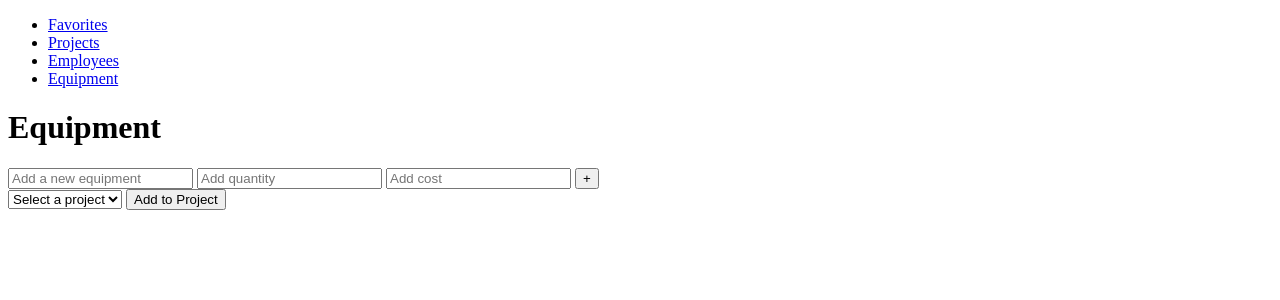
Repository: Kayla-amr/workApp
Page: client/equipment.html
These files come from the project's save history. The page is drawn as it stood at one moment and after the next save; the edit follows.
The browser window is 1280 px wide. The pictures show the whole page.
The page's requests for data from a server got no answer.

Above is the page before, as saved 2023-12-11 11:10:23.

### client/equipment.html
<!DOCTYPE html>
<html lang="en">
<head>
    <meta charset="UTF-8">
    <meta name="viewport" content="width=device-width, initial-scale=1.0">
    <title>Work Management App: Equipment</title>
</head>
<body>
    <div class="app">
        <div>
            <nav>
                <ul>
                    <li><a href="./favorites.html">Favorites</a></li>
                    <li><a href="./projects.html">Projects</a></li>
                    <li><a href="./employees.html">Employees</a></li>
                    <li><a href="./equipment.html">Equipment</a></li>
                </ul>
        </div>
        <h1>Equipment</h1>

        <div class="input">
            <input class="userEName" type="text" placeholder="Add a new equipment">
            <input class="userEQuantity" type="number" placeholder="Add quantity">
            <input class="userECost" type="number" placeholder="Add cost">
            <button class="addEInput">+</button>
        </div>

        <div class="addToProject">
            <select class="selectedProject">
                <option value="0" >Select a project</option>
            </select>
            <button class="addEProject">Add to Project</button>
        </div>

        <div class="equipment">

        </div>

</body>
<script src="./src/equipment.js"></script>
</html>

### client/src/equipment.js
let equipments = [];
let projects = [];

let equipmentList = document.querySelector('.equipment');
let projectOptions = document.querySelector('.projectOptions');

function getData() {
    let equipmentPromise = fetch('api/equipment');
    let projectPromise = fetch('api/projects');

    Promise.all([equipmentPromise, projectPromise])
        .then(responses => {
            return Promise.all(responses.map(response => {
                return response.json();
            }));
        }
        )
        .then(data => {
            equipments = data[0];
            projects = data[1];
            viewEquipment(equipments);
            projectOptionList(projects);
        })
        .catch(err => {
            console.log(err);
        });
}

getData();

function addEquipment(){
    let userEName = document.querySelector('.userEName');
    let userEQuantity = document.querySelector('.userEQuantity');
    let userECost = document.querySelector('.userECost');
    fetch('api/equipment', {
        method: 'POST',
        headers: {
            'Content-Type': 'application/json'
        },
        body: JSON.stringify({
            name:userEName.value,
            quantity:userEQuantity.value,
            cost:parseFloat(userECost.value)
        })
    })
    .then(response => response.json())
    .then(data => {
        equipments = data;
        viewEquipment(equipments);
    })
    .catch((error) => {
        console.error('Error:', error);
    }
    );

}

addEInput = document.querySelector('.addEInput');
addEInput.addEventListener('click', (event) => {
    addEquipment();
}
);

function calculateCost() {
    let userECost = document.querySelector('.userECost');
    let userEQuantity = document.querySelector('.userEQuantity');
    let totalCost = userECost.value * userEQuantity.value;
    return totalCost;
}


function projectOptionList(projects) {
    const dropdowns = document.querySelectorAll('.selectedProject');
    dropdowns.forEach(dropdown => {
        projects.forEach(project => {
            let option = createProjectOption(project, dropdown.value);
            dropdown.appendChild(option);
        });
    });
    }

    function addEquipmentsToProject() {
        const checkboxes = document.querySelectorAll('.equipment input[type="checkbox"]');

        checkboxes.forEach(checkbox => {
            checkbox.addEventListener('change', (e) => {
                const selectedProjectDropdown = document.querySelector('.selectedProject');
                const selectedProjectName = selectedProjectDropdown.value;
                const project = projects.find(p => p.name === selectedProjectName);

                if (!project) {
                    console.log("No project selected or project not found");
                    return;
                }

                if (e.target.checked) {
                    if (!project.equipment.includes(e.target.value)) {
                        project.equipment.push(e.target.value);
                    }
                } else {
                    project.equipment = project.equipment.filter(equipment => equipment !== e.target.value);
                }

                updateProject(project);
            });
        });
    }

function addEProjectBtn() {
    const addBtn = document.querySelector('.addEProject');
    addBtn.addEventListener('click', (e) => {
        const selectedProjectDropdown = document.querySelector('.selectedProject');
        const selectedProjectName = selectedProjectDropdown.value;
        const project = projects.find(p => p.name === selectedProjectName);

        if (!project) {
            console.log("No project selected or project not found");
            return;
        }

        const newEquipment = document.querySelector('.newEquipment');
        const newEquipmentName = newEquipment.value;

        if (!project.equipment.includes(newEquipmentName)) {
            project.equipment.push(newEquipmentName);
            console.log(project.equipment);
        }

        updateProject(project);
    });
}


function updateProject(project) {
    fetch(`api/projects/${project.id}`, {
        method: 'PUT',
        headers: {
            'Content-Type': 'application/json'
        },
        body: JSON.stringify(project)
    })
        .then(response => response.json())
        .then(data => {
            console.log(data);
        })
        .catch(err => {
            console.log(err);

        });
}

function createProjectOption(equipment, selectedProject) {
    let option = document.createElement('option');
    option.value = equipment.name;
    option.innerText = equipment.name;
    if (equipment.name === selectedProject) {
        option.selected = true;
    }
    return option;
}

function viewEquipment(equipments) {
    equipmentList.innerHTML = '';

    equipments.forEach(equipment => {
        let checkbox = document.createElement('input');
        checkbox.setAttribute('type', 'checkbox');
        checkbox.setAttribute('id', equipment.id);
        checkbox.setAttribute('name', equipment.name);
        checkbox.setAttribute('value', equipment.name);
        equipmentList.appendChild(checkbox);

        let label = document.createElement('label');
        label.setAttribute('for', equipment.name);
        label.innerText = equipment.name;
        equipmentList.appendChild(label);
    });
}

After the next save:
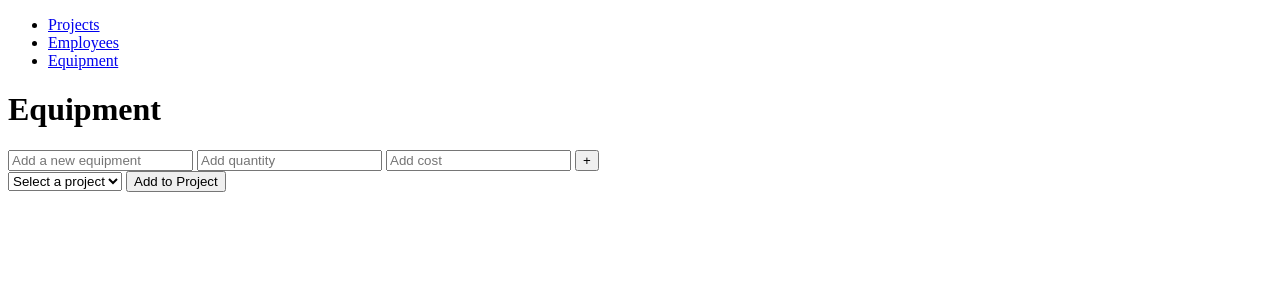
Saved 106 s later.
--- a/client/equipment.html
+++ b/client/equipment.html
@@ -10,7 +10,6 @@
         <div>
             <nav>
                 <ul>
-                    <li><a href="./favorites.html">Favorites</a></li>
                     <li><a href="./projects.html">Projects</a></li>
                     <li><a href="./employees.html">Employees</a></li>
                     <li><a href="./equipment.html">Equipment</a></li>
